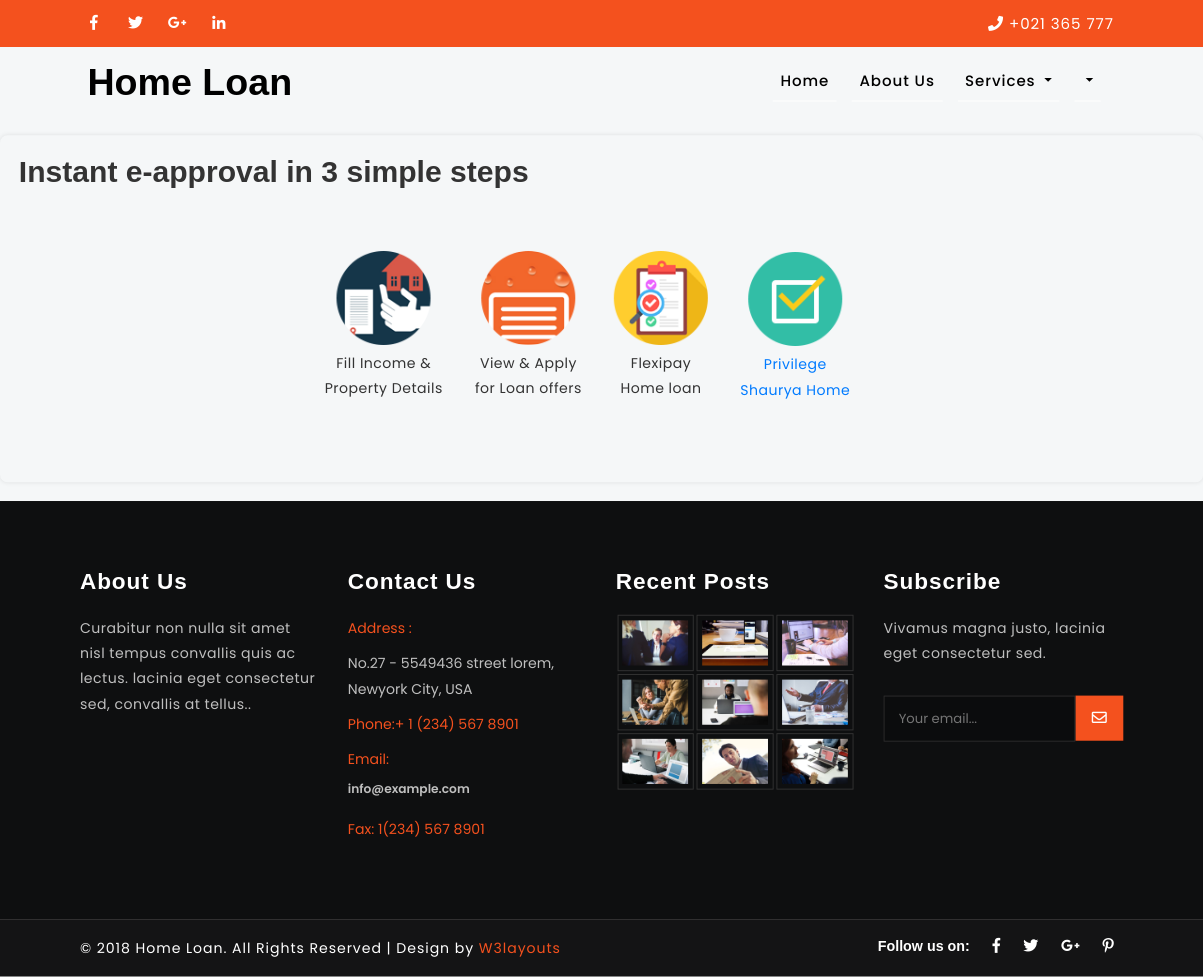
Repository: 72-faisal/Spring-MVC-project
Page: http://localhost/HomeLoan/WEB-INF/views/LoanCalculator.jsp
These files come from the project's save history. The page is drawn as it stood at one moment and after the next save; the edit follows.
The browser window is 1280 px wide. The pictures show the whole page, at 94% of full size.
Some web fonts or font styles are not loaded; a fallback is used. The page is served by Tomcat 9. Nobody is signed in. The template is opened directly, without the code that normally fills it, so the values that code supplies are empty.

Above is the page before, as saved 2023-12-28 07:46:48.

After the next save:
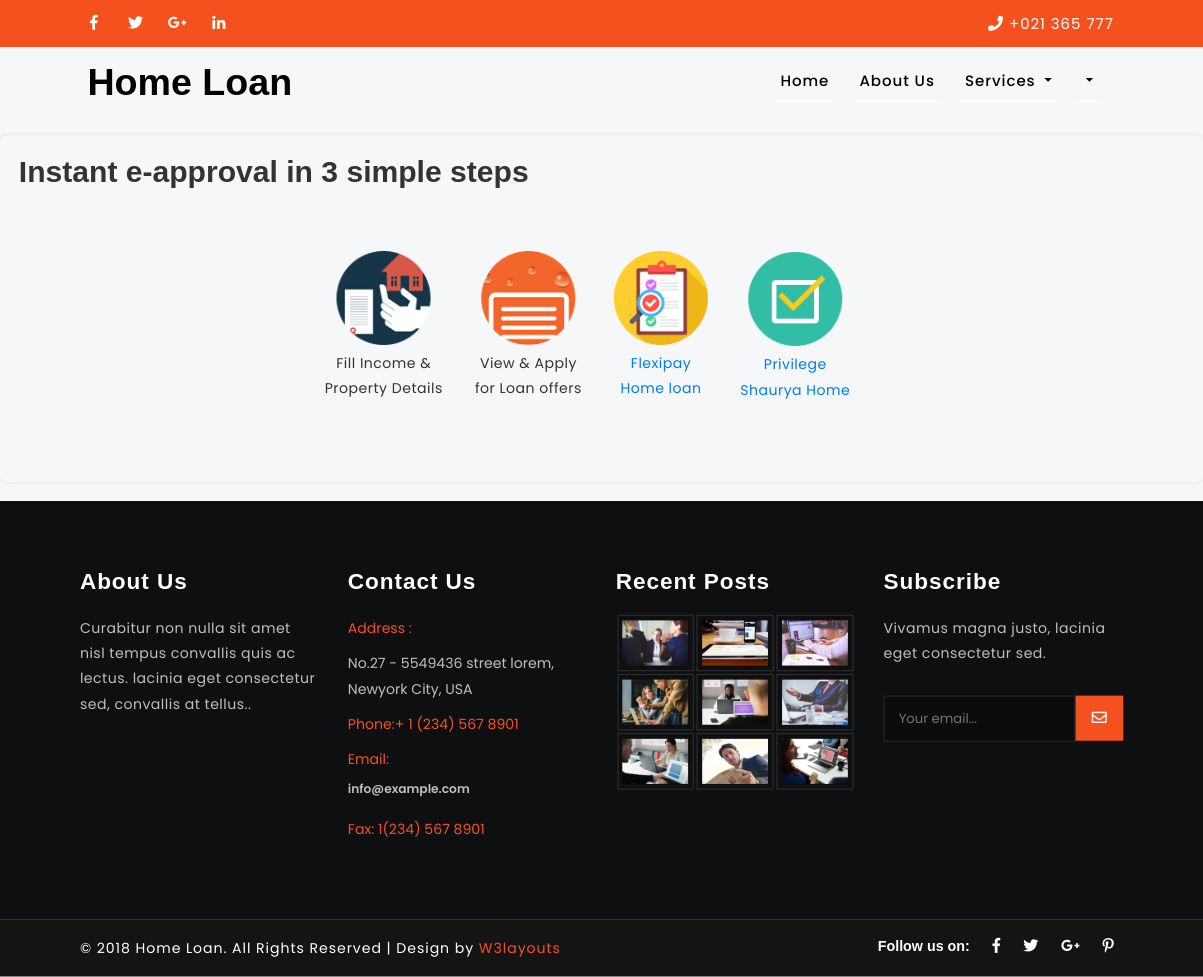
Saved 72 s later.
--- a/HomeLoan/src/main/webapp/WEB-INF/views/LoanCalculator.jsp
+++ b/HomeLoan/src/main/webapp/WEB-INF/views/LoanCalculator.jsp
@@ -235,14 +235,13 @@ SmartPhone Compatible web template, free WebDesigns for Nokia, Samsung, LG, Sony
 				</li>
 				<li>
 					<p>
-					<a>
-						<img
+						<a href="flexiPay">  <img
 							src="<%=request.getContextPath()%>/resources/images/apply-img3.png"
 							alt="Flexipay Home Loan Calculator"
-											title="Flexipay Home Loan Calculator"></a>
-					</p>
-					<p>
-						Flexipay <br>Home loan
+							title="Flexipay Home Loan Calculator"></a>
+					</p>
+					<p>
+						<a href="flexiPay">Flexipay <br>Home loan</a>
 					</p>
 				</li>
 				<li>
